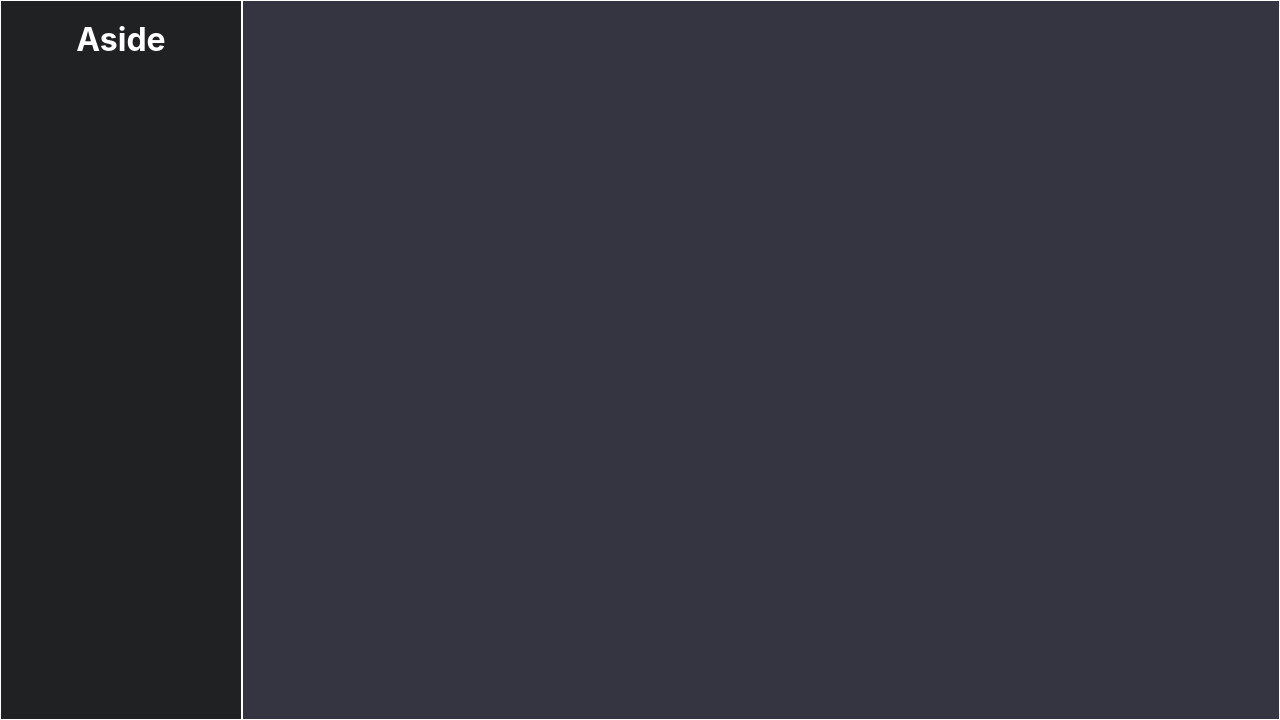
Repository: lancenigel/ChatGPT-Clone
Page: / (app in client/)
The author's editor kept a copy of each file at every save. The page is drawn from the files as they stood at one save, then again after the next save.
The browser window is 1280 px wide. The pictures show the whole page.
The project was rebuilt for these pictures with package versions that can differ from the ones it lists, and the page was loaded fresh each time.

Above is the page before, as saved 2024-02-04 00:14:08.

### client/src/App.js
import logo from "./logo.svg";
import "./App.css";
import "./normalize.css";

function App() {
  return (
    <div className="App">
      <aside className="sidemenu">
        <h1>Aside</h1>
      </aside>
      <section className="chatbox"></section>
    </div>
  );
}

export default App;

### client/src/App.css
.App {
  text-align: center;
  display: flex;
  background-color: #282c34;
  color: white;
  position: absolute;
  top:0;bottom:0;right:0;left:0;
}

.chatbox {
  flex: 1;
  border: 1px solid white;
  background-color: #343541;
}

.sidemenu {
  width: 240px;
  border: 1px solid white;
  background-color: #202123;
}

.App-logo {
  height: 40vmin;
  pointer-events: none;
}

@media (prefers-reduced-motion: no-preference) {
  .App-logo {
    animation: App-logo-spin infinite 20s linear;
  }
}

.App-header {
  background-color: #282c34;
  min-height: 100vh;
  display: flex;
  flex-direction: column;
  align-items: center;
  justify-content: center;
  font-size: calc(10px + 2vmin);
  color: white;
}

.App-link {
  color: #61dafb;
}


@keyframes App-logo-spin {
  from {
    transform: rotate(0deg);
  }
  to {
    transform: rotate(360deg);
  }
}

Loaded but not shown: client/public/index.html (common file); client/src/index.js (common file); client/src/index.css (common file); client/src/reportWebVitals.js (common file); client/src/normalize.css (library)

After the next save:
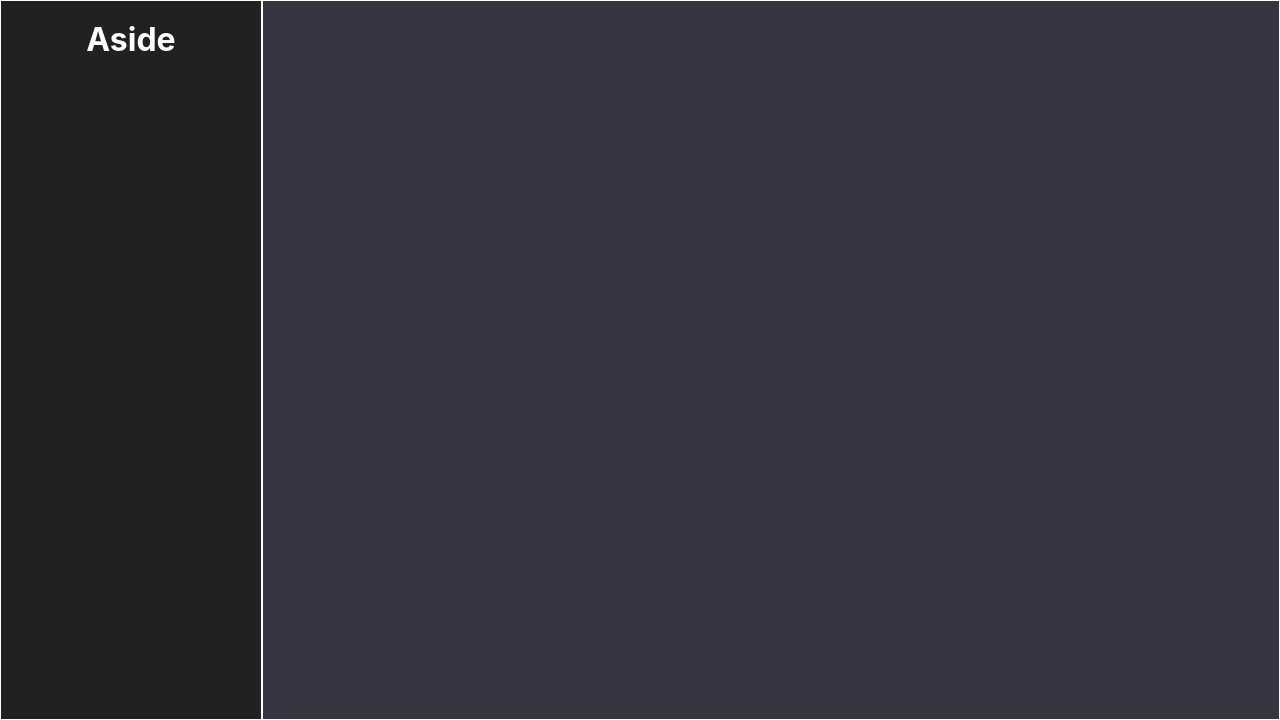
Saved 18 s later.
--- a/client/src/App.css
+++ b/client/src/App.css
@@ -14,7 +14,7 @@
 }
 
 .sidemenu {
-  width: 240px;
+  width: 260px;
   border: 1px solid white;
   background-color: #202123;
 }
